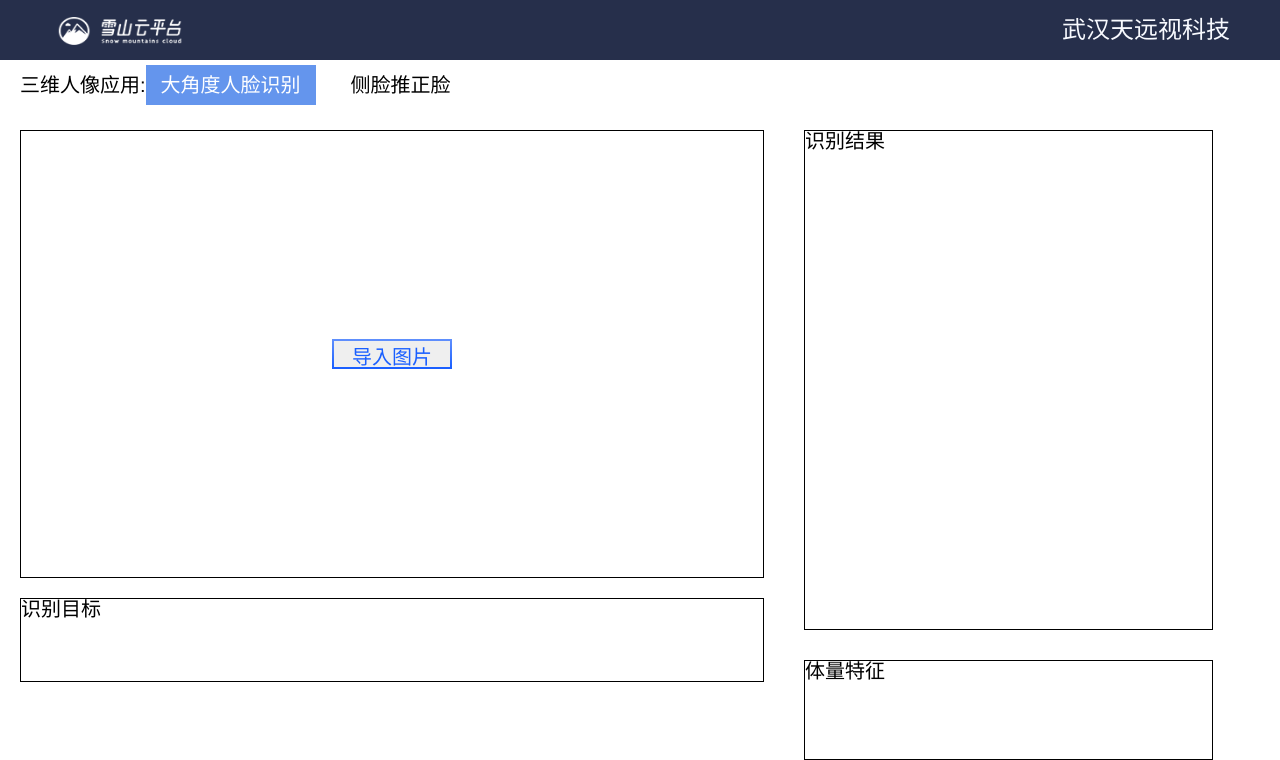
Repository: fyt2020/pubilcDemlo
Page: /
An editor plug-in stored every save of this project. The page is shown before and after the next save, followed by the edit.
The browser window is 1280 px wide. The pictures show the whole page.
The project was rebuilt for these pictures with package versions that can differ from the ones it lists, and the page was loaded fresh each time.

Above is the page before, as saved 2020-04-28 10:25:56.

After the next save:
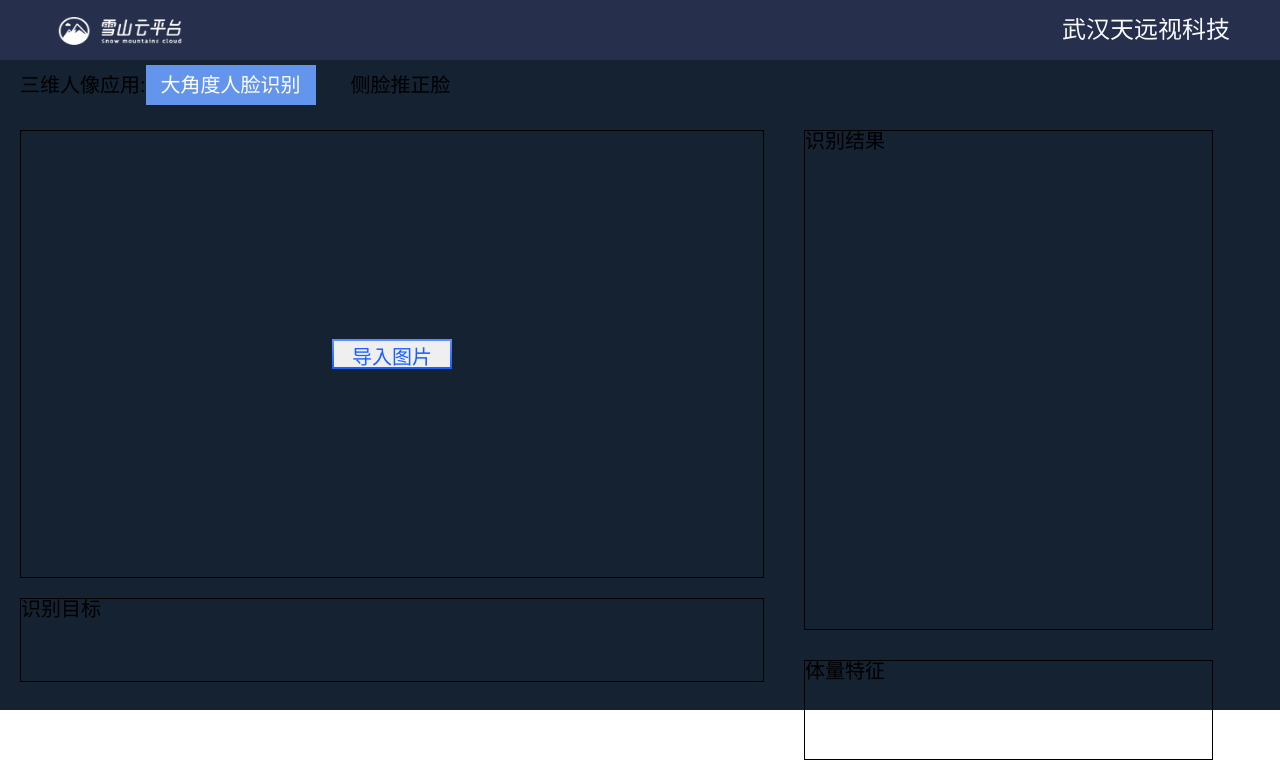
Saved 2 min 15 s later.
--- a/src/assets/css/home.scss
+++ b/src/assets/css/home.scss
@@ -33,6 +33,7 @@
         display: flex;
         align-items: center;
         box-sizing: border-box;
+        background-color: #142232;
         padding: 0 20px;
         &__item{
             height: 40px;
@@ -51,5 +52,6 @@
         height: calc(100% - 120px);
         width: 100%;
         padding: 20px;
+        background-color: #142232;
     }
 }
